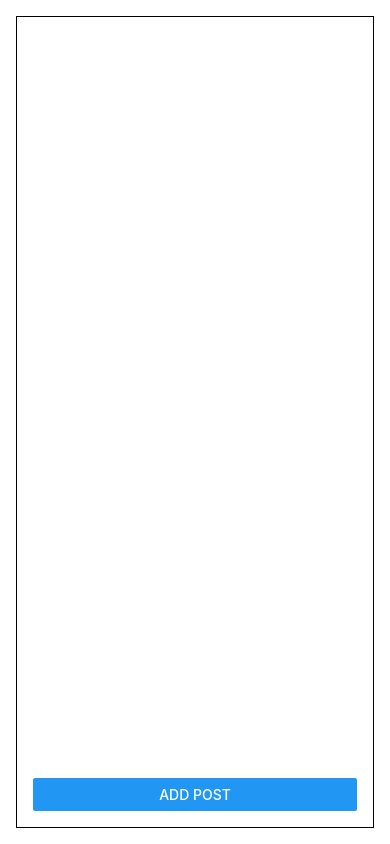
Repository: ntu34543/React-Native
Screen: / (app in demo/)
The author's editor kept a copy of each file at every save. The screen is drawn from the files as they stood at one save, then again after a run of saves.
The page's requests for data from a server got no answer. The app was drawn by React Native's web renderer in a window 390 px wide. The project was rebuilt for these pictures with package versions that can differ from the ones it lists, and the page was loaded fresh each time. No one was signed in, and anything a server would have sent is missing.

Above is the screen before, as saved 2022-09-13 11:43:02.

### demo/App.js
import { StatusBar } from "expo-status-bar";
import { useEffect, useState } from "react";
import {
  Button,
  FlatList,
  StyleSheet,
  Text,
  View,
  TouchableOpacity,
} from "react-native";
import { AntDesign } from "@expo/vector-icons";

export default function App() {
  const [data, setData] = useState([]);

  const getPosts = () => {
    fetch("https://6995-14-224-144-137.ap.ngrok.io/posts")
      .then((res) => res.json())
      .then((resJson) => {
        console.log("data", resJson);
        setData(resJson);
      })
      .catch((e) => console.error(e));
  };

  const addPosts = (title, author) => {
    fetch("https://6995-14-224-144-137.ap.ngrok.io/posts", {
      method: "POST",
      headers: {
        "Content-Type": "application/json",
        Accept: "application/json",
      },
      body: JSON.stringify({
        title: title,
        author: author,
      }),
    })
      .then((res) => res.json())
      .then((resJson) => {
        console.log("data", resJson);
        setData(resJson);
      })
      .catch((e) => console.error(e));
  };

  useEffect(() => {
    getPosts();
  }, []);
  return (
    <View style={styles.container}>
      <StatusBar style="auto" />
      <FlatList
        data={data}
        keyExtractor={(item, index) => index.toString()}
        renderItem={({ item }) => {
          return (
            <View style={styles.container}>
              <View></View>
              <View style={styles.showItem}>
                <Text>{item.title}</Text>
                <Text>{item.author}</Text>
              </View>
              <TouchableOpacity>
                <AntDesign name="delete" size={24} />
              </TouchableOpacity>
            </View>
          );
        }}
      />
      <Button
        title="Add Post"
        onPress={() => {
          addPosts("title", "posts");
        }}
      />
    </View>
  );
}

const styles = StyleSheet.create({
  container: {
    flex: 1,
    backgroundColor: "#fff",
    justifyContent: "center",
    padding: 16,
    margin: 16,
    borderWidth: 1,
    borderColor: "black",
  },
  showItem: {

  },
});

After the next 2 saves:
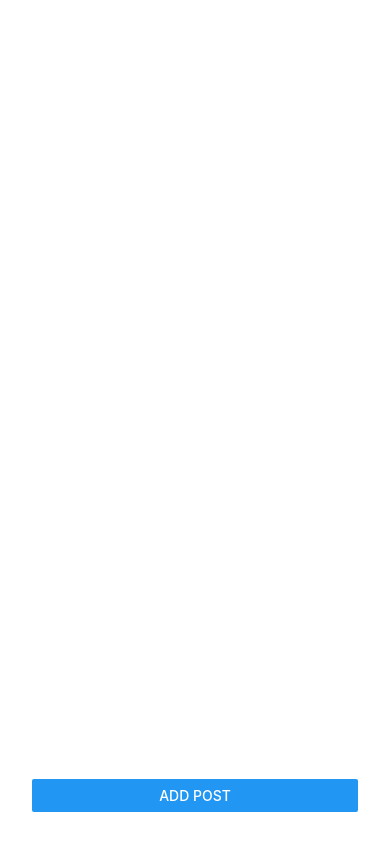
The 2 saves are shown as one change because they came seconds apart.
The last was saved 8 s later.
--- a/demo/App.js
+++ b/demo/App.js
@@ -84,10 +84,9 @@ const styles = StyleSheet.create({
     justifyContent: "center",
     padding: 16,
     margin: 16,
+  },
+  showItem: {
     borderWidth: 1,
     borderColor: "black",
   },
-  showItem: {
-
-  },
 });
